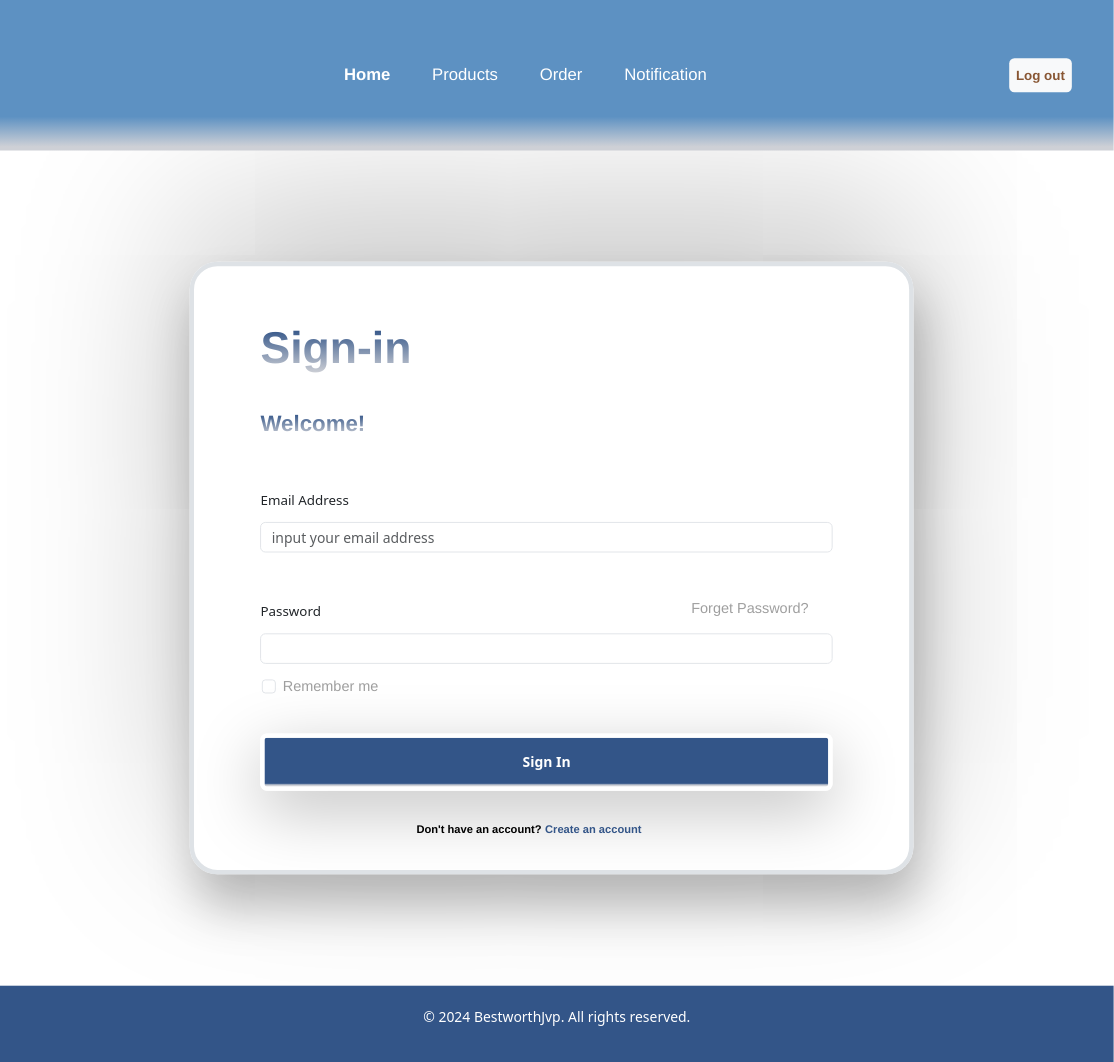
Repository: OVictor21/inventory
Page: /
An editor plug-in stored every save of this project. The page is shown before and after the next save, followed by the edit.
The browser window is 1280 px wide. The pictures show the whole page, at 87% of full size.
The project was rebuilt for these pictures with package versions that can differ from the ones it lists, and the page was loaded fresh each time.

Above is the page before, as saved 2024-12-14 09:58:16.

After the next save:
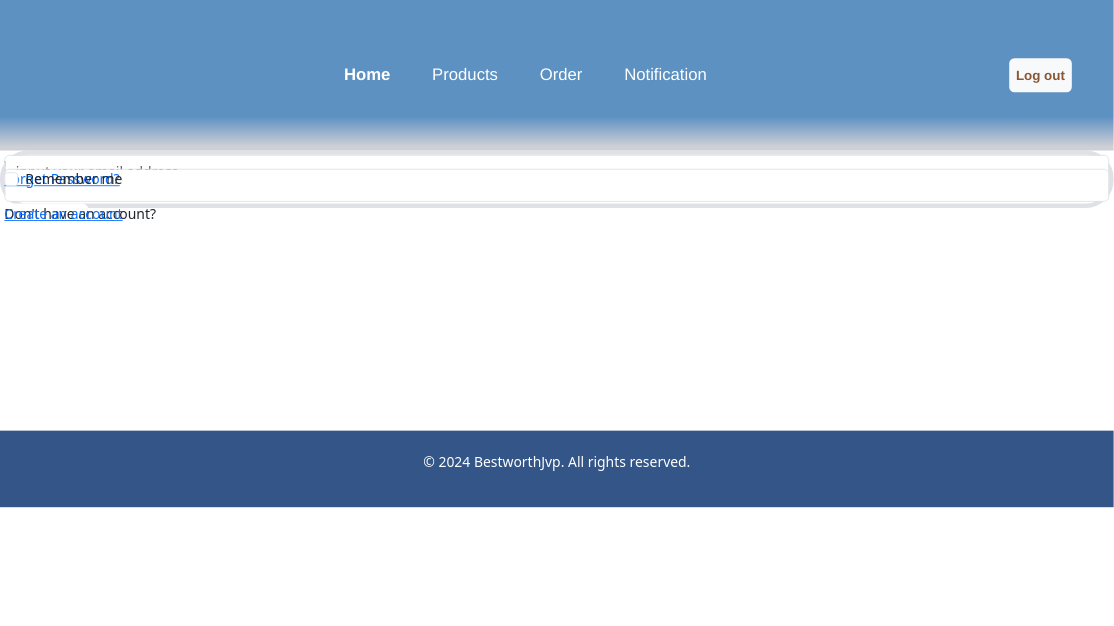
Saved 36 min 3 s later.
--- a/src/index.css
+++ b/src/index.css
@@ -44,7 +44,7 @@ nav {
   color: white;
 } */
 
-.sign-in{
+/* .sign-in{
   width: 65vw;
   height: 55vw;
   box-shadow: 7px 37px 55px #00000040, 0px -54px 200px #00000040;
@@ -188,7 +188,7 @@ nav {
 
 .pass-text{
 font-size: 1.2vw;
-}
+} */
 
 .footer-body{
   background-color: rgb(51, 85, 136);
